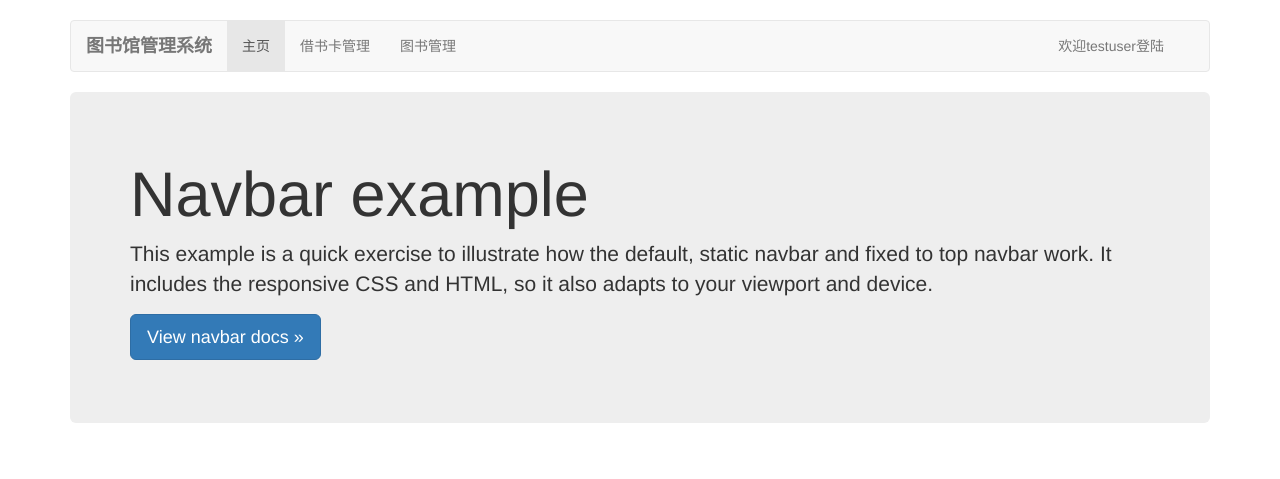
Repository: chaice/code
Page: http://localhost/web5/home
An editor plug-in stored every save of this project. The page is shown before and after the next save, followed by the edit.
The browser window is 1280 px wide. The pictures show the whole page.
Some web libraries are served in a nearby version. The page is served by Tomcat 9. The session is filled in as if someone had signed in: {"username": "testuser"}.

Above is the page before, as saved 2016-06-01 08:22:15.

After the next save:
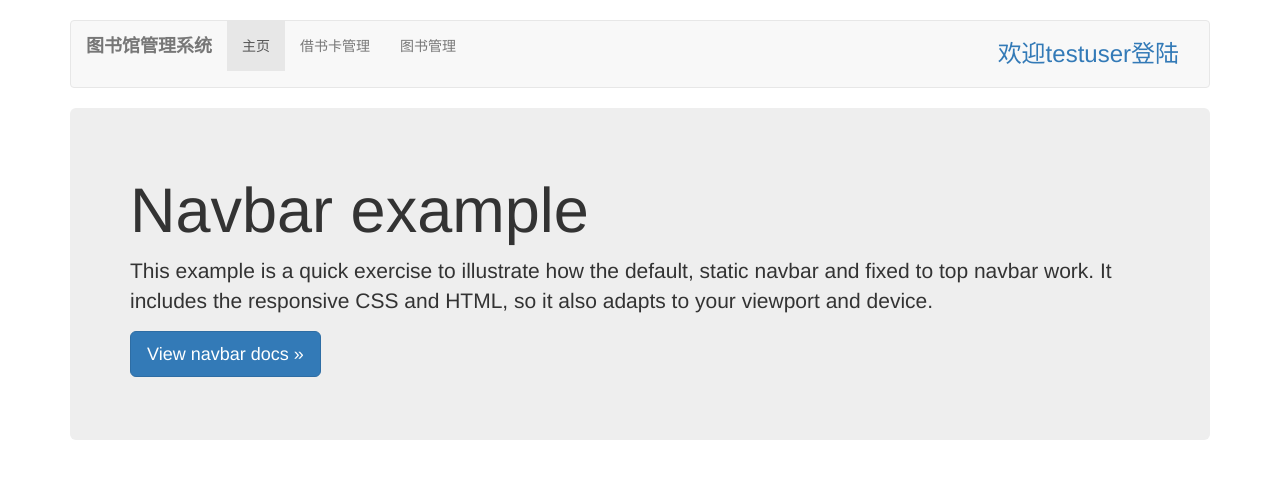
Saved 29 s later.
--- a/web5/WebContent/WEB-INF/views/head.jsp
+++ b/web5/WebContent/WEB-INF/views/head.jsp
@@ -33,7 +33,7 @@ body {
 						<li><a href="/card">借书卡管理</a></li>
 						<li><a href="/book">图书管理</a></li>
 					</ul>
-					<ol style="float:right" class="nav navbar-nav"><li><a>欢迎<%=name%>登陆</a></li></ol>
+					<ol style="float:right" class="nav navbar-nav"><li><h3><a>欢迎<%=name%>登陆</a><h3></li></ol>
 				</div>
 				<div id="navbar" class="navbar-collapse collapse" ></div>
 			</div>
